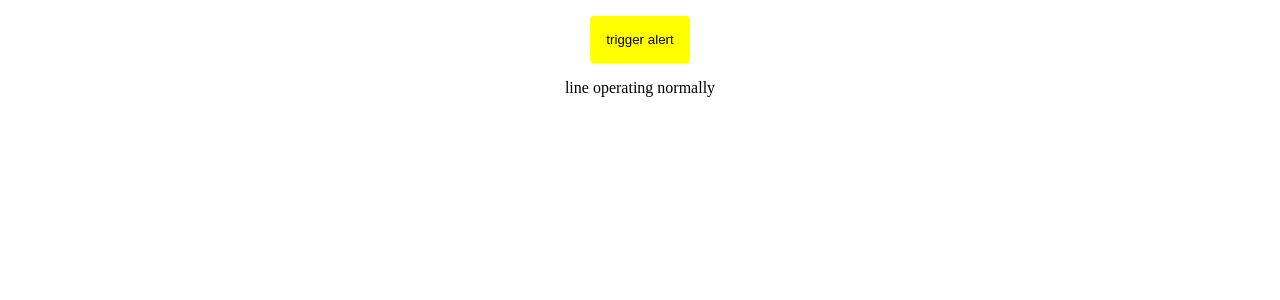
Repository: Esttevo/list-rewiew-js-2
Page: modulo-6/index.html
The author's editor kept a copy of each file at every save. The page is drawn from the files as they stood at one save, then again after a run of saves.
The browser window is 1280 px wide. The pictures show the whole page.

Above is the page before, as saved 2026-10-22 19:59:30.

### modulo-6/index.html
<!DOCTYPE html>
<html lang="en">
<head>
    <meta charset="UTF-8">
    <meta name="viewport" content="width=device-width, initial-scale=1.0">
    <title>att-1-module-6</title>
    <script src="/modulo-6/app.js" defer></script>
    <link rel="stylesheet" href="/modulo-6/style.css">
</head>
<body>
    <button id="btn-alert">trigger alert</button>

    <div class="wrapper wrapper-alert">
        <p id="alert">line operating normally</p>
    </div>
</body>
</html>

### modulo-6/app.js
// Crie uma página HTML contendo um botão <button id='btnAlerta'>Disparar Alerta</button> e uma <div
// id='statusPainel'>Linha Operando Normalmente</div>. Ao clicar no botão, utilize document.getElementById() para ;
// alterar o texto da div para 'ATENÇÃO: Parada de Emergência Solicitada!' e mudar a cor do texto para vermelho.

const btnAlert = document.getElementById("btn-alert");
const divAlert = document.querySelector(".wrapper-alert");
const textAlert = document.getElementById("alert");

btnAlert.addEventListener("click", () => {
    textAlert.textContent = "ALERT: Emergency stop requested";
    divAlert.classList.add("")
})

### modulo-6/style.css
* {
    padding: 0;
    margin: 0;
    text-decoration: none;
}

#btn-alert {
    display: flex;
    justify-self: center;
    background-color: yellow;
    color: black;
    padding: 1rem;
    border-radius: 4px;
    border: none;
     margin:1rem;
}

#btn-alert:hover {
    background-color: rgb(114, 114, 3);
}

.wrapper-alert {
    display: flex;
    justify-content: center;
    margin:1rem;
}

After the next 3 saves:
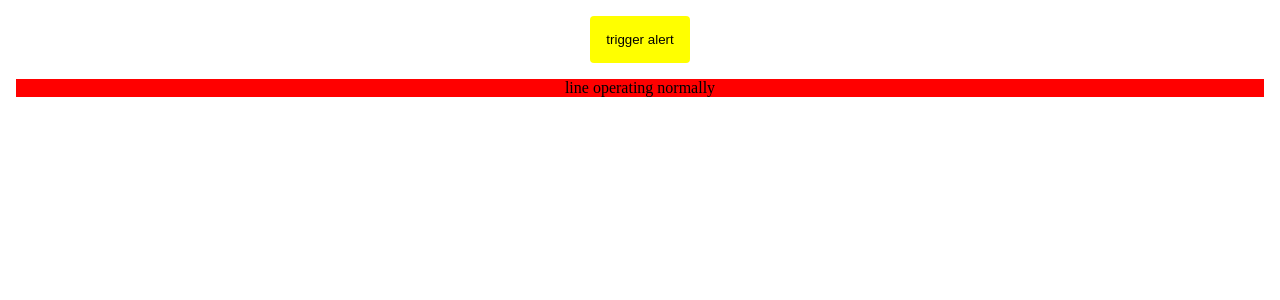
The 3 saves are shown as one change because they came seconds apart.
The last was saved 14 s later.
--- a/modulo-6/style.css
+++ b/modulo-6/style.css
@@ -23,4 +23,5 @@
     display: flex;
     justify-content: center;
     margin:1rem;
+    background-color: RED;
 }
